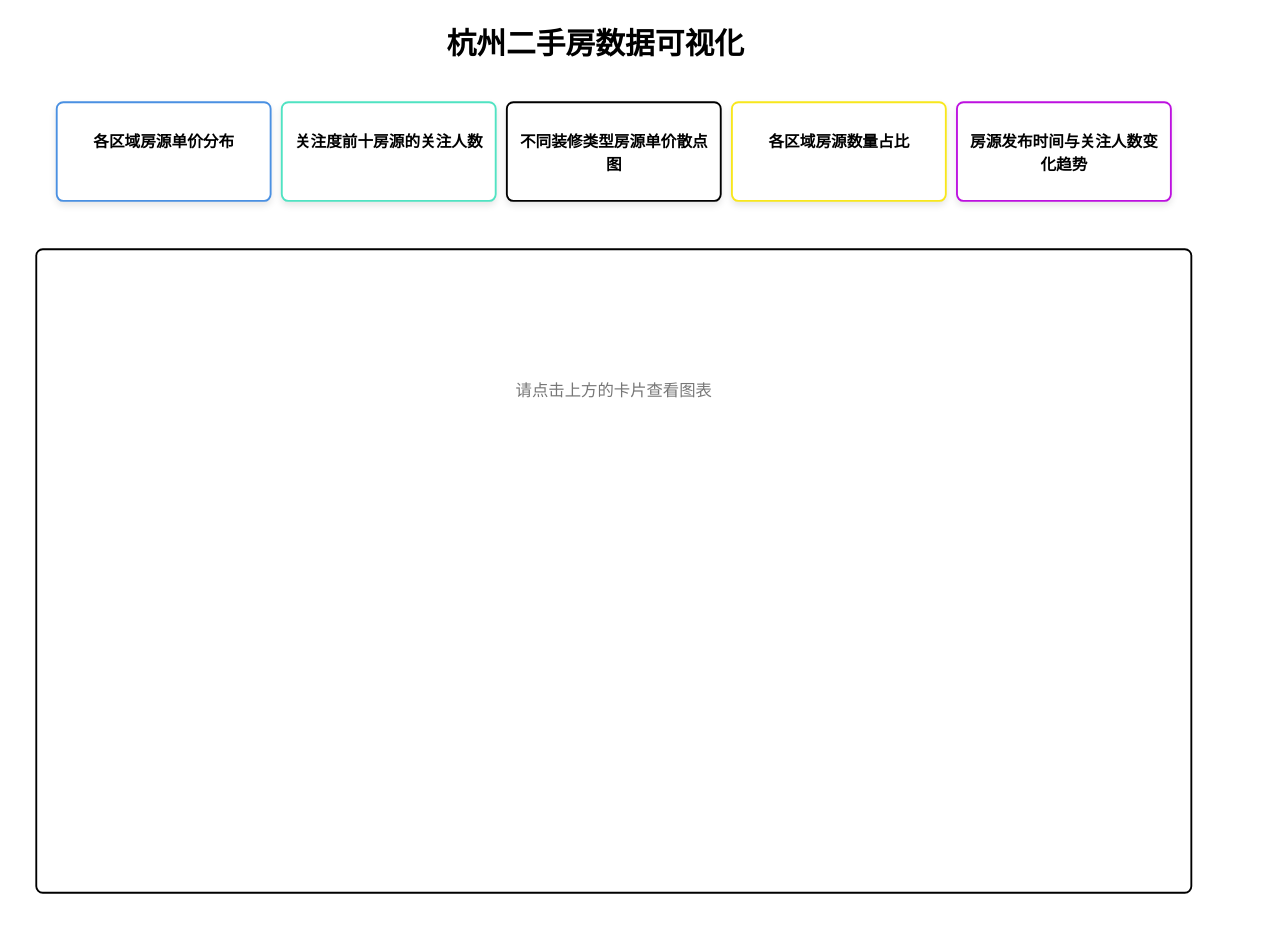
Repository: sakimi-9/DPV-SHP_HangZhou
Page: / (app in rendering/)
An editor plug-in stored every save of this project. The page is shown before and after the next save, followed by the edit.
The browser window is 1280 px wide. The page is 1312 px wide, then 1382 px, so the pictures cover 1382 px, including what lies to the right of the window. The pictures show the whole page, at 93% of full size.
The project was rebuilt for these pictures with package versions that can differ from the ones it lists, and the page was loaded fresh each time. Also part of the build but not shown: rendering/vite.config.ts.

Above is the page before, as saved 2025-05-29 11:32:30.

### rendering/index.html
<!DOCTYPE html>
<html lang="en">

<head>
    <meta charset="UTF-8">
    <link rel="icon" href="/favicon.ico">
    <meta name="viewport" content="width=device-width, initial-scale=1.0">
    <title>二手房数据可视化</title>
</head>

<body>
    <div id="app"></div>
    <script type="module" src="/src/main.ts"></script>
</body>

</html>

### rendering/src/App.vue
<template>
  <div>
    <h1 style="text-align: center;">杭州二手房数据可视化</h1>

    <!-- 模式切换 UI -->


    <!-- 2D 图表区域 -->
    <HouseCharts v-if="currentMode === '2D'" :house-data="houseData" />

  </div>
</template>

<script setup lang="ts">
import { ref, onMounted } from 'vue';

// 导入新组件
import HouseCharts from './components/HouseCharts.vue';

// 导入数据解析器
import { ParsedHouse, parseHouseData } from '../util/dataParser';

// Define a ref to store the parsed data
const houseData = ref<ParsedHouse[] | null>(null);

// 定义当前模式状态
const currentMode = ref<'2D'>('2D'); // Only 2D mode is available now

// 定义控制数据分析部分显示的状态变量
const showAnalysis = ref(false);

// 切换数据分析部分显示状态的函数
const toggleAnalysis = () => {
  showAnalysis.value = !showAnalysis.value;
};

// 数据加载逻辑 (修改：先加载经纬度，再加载房源数据)
onMounted(async () => {
  try {
    const response = await fetch('/house_data.json');
    if (!response.ok) {
      throw new Error(`HTTP error! status: ${response.status}`);
    }
    const rawHouseData = await response.json();
    // 解析房源数据时传入经纬度 Map
    houseData.value = parseHouseData(rawHouseData);

    console.log('解析后的数据并存储:', houseData.value);

  } catch (error) {
    console.error('Error loading or processing data:', error);
  }
});

// 显式导出响应式变量 (可能有助于类型检查)
// export { houseData, currentMode };

</script>

<style scoped>
/* Add any specific styles for the 3D visualization container if needed */
/* Only retain App.vue's own styles */
div {
  margin-bottom: 20px;
}

button {
  margin-right: 10px;
}

/* Add styles for the data analysis container */
.data-analysis-container {
  border: 1px solid #ccc;
  /* Add a border */
  padding: 20px;
  /* Add padding inside the box */
  margin-top: 20px;
  /* Add some space above the box */
  background-color: #f9f9f9;
  /* Add a light background color */
  border-radius: 8px;
  /* Rounded corners */
}

.data-analysis-container h2,
.data-analysis-container h3 {
  text-align: center;
  /* Center the titles within the box */
  color: #333;
  /* Darker color for titles */
  margin-bottom: 15px;
  /* Add space below titles */
}

.data-analysis-container h4 {
  margin-top: 15px;
  /* Space above h4 */
  margin-bottom: 10px;
  /* Space below h4 */
  color: #555;
  /* Slightly lighter color for h4 */
}

.data-analysis-container p {
  line-height: 1.6;
  /* Improve readability with more line spacing */
  color: #555;
  /* Slightly lighter color for text */
  margin-bottom: 10px;
  /* Adjust space between paragraphs */
}

.data-analysis-container ul {
  margin-bottom: 15px;
  /* Space below lists */
  padding-left: 20px;
  /* Indent list items */
}

.data-analysis-container ul li {
  margin-bottom: 5px;
  /* Space between list items */
  line-height: 1.5;
  /* Line spacing for list items */
  color: #555;
}


.data-analysis-container p strong {
  color: #000;
  /* Make strong text black */
}

/* Remove styles migrated to TwoDCharts.vue */
/* Keep only App.vue specific styles */

/* Example styles for layout if needed, adjust based on your structure */
/*
.container {
    max-width: 960px;
    margin: 0 auto;
    padding: 20px;
}
*/

/* Add styles for the analysis button */
.analysis-button {
  position: fixed;
  /* Fixed position relative to the viewport */
  bottom: 20px;
  /* 20px from the bottom */
  right: 20px;
  /* 20px from the right */
  z-index: 1000;
  /* Ensure it's above other content */
  padding: 10px 20px;
  font-size: 16px;
  background-color: #007bff;
  color: white;
  border: none;
  border-radius: 5px;
  cursor: pointer;
  box-shadow: 0 2px 5px rgba(0, 0, 0, 0.2);
}

.analysis-button:hover {
  background-color: #0056b3;
}
</style>

### rendering/src/components/HouseCharts.vue
<template>
    <div class="charts-container">
        <!-- Main Title - Centered in App.vue -->

        <!-- Chart Cards Grid -->
        <div class="charts-grid">
            <div v-for="(chart, index) in charts" :key="index" class="chart-card"
                :style="{ 'border-color': getCardColor(index) }" @click="selectChart(index)">
                <h3>{{ chart.title }}</h3>
            </div>
        </div>

        <!-- Chart Display Area (Black Box) -->
        <div class="chart-display-area">
            <div v-if="selectedChartIndex !== null && currentChart" class="selected-chart-content">
                <h3>{{ currentChart.title }}</h3>
                <!-- Chart rendering area - always in DOM, content controlled by JS -->
                <div ref="selectedChartDisplayRef" style="width: 100%; height: 600px;"></div>
            </div>
            <div v-else class="placeholder-message">
                <p>请点击上方的卡片查看图表</p>
            </div>
        </div>

    </div>
</template>

<script setup lang="ts">
import { ref, onMounted, watch, computed, nextTick } from 'vue';
import * as echarts from 'echarts/core';
// Import the necessary components and charts
import { BarChart, PieChart, ScatterChart, BoxplotChart, LineChart } from 'echarts/charts';
import { GridComponent, TooltipComponent, LegendComponent, TitleComponent } from 'echarts/components';
import { CanvasRenderer } from 'echarts/renderers';

// Import data parsing functions
import {
    getAreaPriceBoxPlotData,
    getTop10FollowedHousesData,
    getRenovationPriceScatterData,
    getAreaHouseCountPieData,
    getPublishTimeFollowersTrendData
} from '../../util/chartDataParser';

echarts.use([
    BarChart,
    PieChart,
    ScatterChart,
    BoxplotChart,
    LineChart,
    GridComponent,
    TooltipComponent,
    LegendComponent,
    TitleComponent,
    CanvasRenderer,
]);

// 定义解析后的房源数据接口 (Copy from dataParser.ts for self-containment)
interface ParsedHouse {
    房源标题: string;
    室: number | null;
    厅: number | null;
    面积: number | null; // 平米
    朝向: string | null;
    装修: string | null;
    楼层信息: string | null; // 例如 "中楼层"
    总楼层: number | null;
    建筑年份: number | null; // 例如 2012
    建筑类型: string | null; // 例如 "板塔结合"
    小区名称: string | null;
    所在区域: string | null; // 例如 "临河里"
    单价: number | null; // 元/平
    关注人数: number | null;
    发布时间: string | null; // 例如 "2个月以前发布"
    标签: string[];
}

// 定义接收的 props
const props = defineProps<{ houseData: ParsedHouse[] | null }>();

// Define ref for the selected chart display area
const selectedChartDisplayRef = ref<HTMLElement | null>(null);

// Define the current chart index
const selectedChartIndex = ref<number | null>(null);

// Computed property for the current chart information
const currentChart = computed(() => {
    if (selectedChartIndex.value === null) return null;
    return charts[selectedChartIndex.value];
});

// Function to select a chart
const selectChart = (index: number) => {
    selectedChartIndex.value = index;
    console.log("Selected chart index:", selectedChartIndex.value);
};

// Function to dispose of a chart instance
const disposeChart = (chartElement: HTMLElement) => {
    const chartInstance = echarts.getInstanceByDom(chartElement);
    if (chartInstance) {
        chartInstance.dispose();
    }
};

// Function to render the selected chart
const renderSelectedChart = (
    chartInfo: { title: string, render: (element: HTMLElement, data: ParsedHouse[]) => void } | null,
    data: ParsedHouse[] | null
) => {
    // Dispose of any previously rendered chart in the display area
    if (selectedChartDisplayRef.value) {
        console.log("Disposing previous chart.");

        disposeChart(selectedChartDisplayRef.value);
        selectedChartDisplayRef.value.innerHTML = ''; // Clear previous chart content
    }

    if (!chartInfo || selectedChartIndex.value === null || !data || data.length === 0) {
        console.warn("No chart selected, no data, or chart info not ready.");
        // The placeholder is now controlled by v-else in the template
        console.log("Render conditions not met.", "Index:", selectedChartIndex.value, "Data present:", !!data, "Data length:", data ? data.length : 0);
        return;
    }

    const chartElement = selectedChartDisplayRef.value; // Get the display area element

    if (!chartElement) {
        console.warn("Chart display element is not available.");
        console.log("Render conditions not met.", "Index:", selectedChartIndex.value, "Data present:", !!props.houseData, "Data length:", props.houseData ? props.houseData.length : 0, "Element available:", !!chartElement);

        return; // Exit if the element is null
    }

    // Directly get chart info based on selected index
    if (chartElement && chartInfo) {
        // Render the current chart
        console.log(`Attempting to render chart: ${chartInfo.title}`);
        try {
            chartInfo.render(chartElement, data); // Pass the display area element to the render function
            console.log(`Successfully called render function for: ${chartInfo.title}`);
        } catch (error) {
            console.error(`Error rendering chart ${chartInfo.title}:`, error);
            chartElement.innerHTML = '<p>图表加载失败</p>';
            console.log(`Caught error during render for: ${chartInfo.title}`);
        }
    }
};

// Watch for changes in houseData or selectedChartIndex to determine if a chart *should* be rendered
watch([() => props.houseData, selectedChartIndex], ([newData, newIndex]) => {
    // If conditions are met (data and index valid), render the chart.
    // Note: We don't await nextTick here directly for ref availability.
    // The rendering will happen when selectedChartDisplayRef becomes available.
    if (newIndex !== null && newData && newData.length > 0 && currentChart.value) {
        // We don't call renderSelectedChart here directly, it's triggered by the ref watcher
        // For debugging: Check ref value after a short delay
        console.log("Data and Index valid, waiting for ref..."); // Add this line
        setTimeout(() => {
            console.log("Checking selectedChartDisplayRef after timeout:", !!selectedChartDisplayRef.value); // Add this line
            if (!selectedChartDisplayRef.value) {
                console.warn("selectedChartDisplayRef is still null after timeout."); // Add this line
            }
        }, 100); // Wait 100ms

    } else {
        // If conditions are not met, dispose the current chart
        if (selectedChartDisplayRef.value) {
            console.log("Conditions not met, disposing chart."); // Add this line
            disposeChart(selectedChartDisplayRef.value);
            selectedChartDisplayRef.value.innerHTML = ''; // Clear previous chart content
        } else {
            console.log("Conditions not met, no chart element to dispose."); // Add this line
        }
    }
}, { immediate: true }); // Ensure initial check

// Watch for the selectedChartDisplayRef to become available and render the chart
watch(selectedChartDisplayRef, async (newChartElement) => {
    await nextTick();
    console.log("selectedChartDisplayRef changed. New element:", !!newChartElement); // Add this line
    console.log("Checking render conditions in ref watcher:", "Element available:", !!newChartElement, "Index:", selectedChartIndex.value, "Data valid:", !!props.houseData && props.houseData.length > 0, "currentChart valid:", !!currentChart.value); // Add this line for debugging conditions
    if (newChartElement && selectedChartIndex.value !== null && props.houseData && props.houseData.length > 0 && currentChart.value) {
        // Now that the element is available and other conditions are met, render the chart
        renderSelectedChart(currentChart.value, props.houseData); // Call render with current chart info and data
    }
});

// Function to get a color for the card based on index
const getCardColor = (index: number) => {
    const colors = ['#4A90E2', '#50E3C2', 'F5A623', '#F8E71C', '#BD10E0']; // Example colors - removed duplicate definition
    return colors[index % colors.length];
};

// --- Chart Render Functions ---

// 1. 各区域房源单价分布对比箱线图
function renderAreaPriceBoxPlot(chartElement: HTMLElement, data: ParsedHouse[]) {
    const chartData = getAreaPriceBoxPlotData(data);

    if (chartData.length === 0) {
        echarts.dispose(chartElement);
        chartElement.innerHTML = '<p>暂无区域单价分布数据</p>';
        return;
    }

    const areas = chartData.map(item => item.area);
    const prices = chartData.map(item => item.prices);

    const myChart = echarts.init(chartElement);
    console.log("ECharts instance initialized for:", "各区域房源单价分布");
    const option = {
        title: {
            text: '各区域房源单价分布',
            left: 'center'
        },
        tooltip: {
            trigger: 'item',
            axisPointer: { type: 'shadow' }
        },
        xAxis: {
            type: 'category',
            data: areas,
            boundaryGap: true,
            nameMap: areas,
            axisLabel: {
                interval: 0,
                rotate: 30,
                overflow: 'breakAll',
                ellipsis: '...'
            }
        },
        yAxis: {
            type: 'value',
            name: '单价 (元/平)'
        },
        series: [
            {
                name: '单价分布',
                type: 'boxplot',
                data: prices,
                tooltip: {
                    formatter: function (param: any) { // Keep any type for simplicity
                        if (param.data) {
                            return [
                                `区域: ${param.name}<br/>`,
                                `最大值: ${param.data[5].toFixed(2)}<br/>`,
                                `第三四分位数: ${param.data[4].toFixed(2)}<br/>`,
                                `中位数: ${param.data[3].toFixed(2)}<br/>`,
                                `第一四分位数: ${param.data[2].toFixed(2)}<br/>`,
                                `最小值: ${param.data[1].toFixed(2)}`
                            ].join('');
                        }
                        return '';
                    }
                }
            }
        ]
    };
    console.log("Setting option for:", "各区域房源单价分布", option);
    myChart.setOption(option);
}

// 2. 关注度前十房源的关注人数柱状图
function renderTop10FollowersBar(chartElement: HTMLElement, data: ParsedHouse[]) {
    const chartData = getTop10FollowedHousesData(data);

    if (chartData.length === 0) {
        echarts.dispose(chartElement);
        chartElement.innerHTML = '<p>暂无关注度前十房源数据</p>';
        return;
    }

    const titles = chartData.map(item => item.title);
    const followers = chartData.map(item => item.followers);

    const myChart = echarts.init(chartElement);
    console.log("ECharts instance initialized for:", "关注度前十房源的关注人数");
    const option = {
        title: {
            text: '关注度前十房源的关注人数',
            left: 'center'
        },
        tooltip: {},
        xAxis: {
            type: 'category',
            data: titles,
            axisLabel: {
                interval: 0,
                rotate: 30,
                overflow: 'breakAll',
                ellipsis: '...'
            }
        },
        yAxis: {
            type: 'value',
            name: '关注人数'
        },
        series: [
            {
                name: '关注人数',
                type: 'bar',
                data: followers
            }
        ]
    };
    console.log("Setting option for:", "关注度前十房源的关注人数", option);
    myChart.setOption(option);
}

// 3. 不同装修类型房源单价散点图
function renderRenovationPriceScatter(chartElement: HTMLElement, data: ParsedHouse[]) {
    const chartData = getRenovationPriceScatterData(data);

    if (chartData.length === 0) {
        echarts.dispose(chartElement);
        chartElement.innerHTML = '<p>暂无装修类型与单价数据</p>';
        return;
    }

    const scatterData = chartData.map((item: { renovation: string, price: number }) => [item.price, item.renovation]); // Explicitly type item

    // Get unique renovation types for y-axis categories
    const renovationTypes = Array.from(new Set(chartData.map((item: { renovation: string, price: number }) => item.renovation))) as string[]; // Explicitly type item and result

    const myChart = echarts.init(chartElement);
    console.log("ECharts instance initialized for:", "不同装修类型房源单价散点图");
    const option = {
        title: {
            text: '不同装修类型房源单价散点图',
            left: 'center'
        },
        tooltip: {
            trigger: 'axis',
            axisPointer: { type: 'shadow' },
            formatter: function (params: any) { // Keep any type for simplicity
                const item = params[0];
                return `装修: ${item.value[1]}<br/>单价: ${item.value[0].toFixed(2)} 元/平`;
            }
        },
        xAxis: {
            type: 'value',
            name: '单价 (元/平)'
        },
        yAxis: {
            type: 'category',
            data: renovationTypes,
            name: '装修类型'
        },
        series: [
            {
                name: '房源',
                type: 'scatter',
                data: scatterData
            }
        ]
    };
    console.log("Setting option for:", "不同装修类型房源单价散点图", option);
    myChart.setOption(option);
}

// 4. 各区域房源数量占比饼图
function renderAreaCountPie(chartElement: HTMLElement, data: ParsedHouse[]) {
    const chartData = getAreaHouseCountPieData(data);

    if (chartData.length === 0) {
        echarts.dispose(chartElement);
        chartElement.innerHTML = '<p>暂无区域房源数量数据</p>';
        return;
    }

    const pieData = chartData.map((item: { area: string, count: number }) => ({
        name: item.area,
        value: item.count
    })); // Explicitly type item

    const myChart = echarts.init(chartElement);
    console.log("ECharts instance initialized for:", "各区域房源数量占比");
    const option = {
        title: {
            text: '各区域房源数量占比',
            left: 'center'
        },
        tooltip: {
            trigger: 'item',
            formatter: '{a} <br/>{b}: {c} ({d}%)'
        },
        legend: {
            orient: 'vertical',
            left: 'left',
            data: chartData.map((item: { area: string, count: number }) => item.area) // Explicitly type item
        },
        series: [
            {
                name: '房源数量',
                type: 'pie',
                radius: '50%',
                data: pieData,
                emphasis: {
                    itemStyle: {
                        shadowBlur: 10,
                        shadowOffsetX: 0,
                        shadowColor: 'rgba(0, 0, 0, 0.5)'
                    }
                }
            }
        ]
    };
    console.log("Setting option for:", "各区域房源数量占比", option);
    myChart.setOption(option);
}

// 5. 房源发布时间与关注人数变化趋势折线图
function renderPublishTimeFollowersLine(chartElement: HTMLElement, data: ParsedHouse[]) {
    const chartData = getPublishTimeFollowersTrendData(data);

    if (chartData.length === 0) {
        echarts.dispose(chartElement);
        chartElement.innerHTML = '<p>暂无发布时间与关注人数趋势数据</p>';
        return;
    }

    const times = chartData.map((item: { time: string, totalFollowers: number }) => item.time); // Explicitly type item
    const totalFollowers = chartData.map((item: { time: string, totalFollowers: number }) => item.totalFollowers); // Explicitly type item

    const myChart = echarts.init(chartElement);
    console.log("ECharts instance initialized for:", "房源发布时间与关注人数变化趋势");
    const option = {
        title: {
            text: '房源发布时间与关注人数变化趋势',
            left: 'center'
        },
        tooltip: {
            trigger: 'axis'
        },
        xAxis: {
            type: 'category',
            data: times,
            axisLabel: {
                interval: 0,
                rotate: 30,
                overflow: 'breakAll',
                ellipsis: '...'
            }
        },
        yAxis: {
            type: 'value',
            name: '总关注人数'
        },
        series: [
            {
                name: '总关注人数',
                type: 'line',
                data: totalFollowers
            }
        ]
    };
    console.log("Setting option for:", "房源发布时间与关注人数变化趋势", option);
    myChart.setOption(option);
}

// Define the list of charts with their titles and render functions
const charts = [
    { title: '各区域房源单价分布', render: renderAreaPriceBoxPlot },
    { title: '关注度前十房源的关注人数', render: renderTop10FollowersBar },
    { title: '不同装修类型房源单价散点图', render: renderRenovationPriceScatter },
    { title: '各区域房源数量占比', render: renderAreaCountPie },
    { title: '房源发布时间与关注人数变化趋势', render: renderPublishTimeFollowersLine },
];

// Initial render logic (optional, handled by watch with immediate: true)
/*
onMounted(() => {
    renderSelectedChart(props.houseData);
});
*/

</script>

<style scoped>
.charts-container {
    display: flex;
    flex-direction: column;
    gap: 30px;
    /* Increased gap */
    align-items: center;
    margin-top: 20px;
    /* Adjusted top margin */
    padding: 20px;
    width: 100%;
    /* Ensure container takes full width */
}

.charts-grid {
    display: grid;
    grid-template-columns: repeat(5, 1fr);
    /* Changed to 5 equal columns */
    gap: 10px;
    /* Reduced gap to make cards smaller */
    width: 100%;
    max-width: 1200px;
    /* Keep max width */
    justify-content: center;
}

.chart-card {
    background-color: #fff;
    border: 2px solid;
    /* Use border-color from style binding */
    border-radius: 8px;
    padding: 10px;
    /* Reduced padding */
    text-align: center;
    cursor: pointer;
    box-shadow: 0 4px 8px rgba(0, 0, 0, 0.1);
    transition: transform 0.3s ease, box-shadow 0.3s ease;
    font-size: 0.9em;
    /* Slightly reduced font size */
}

.chart-card:hover {
    transform: translateY(-5px);
    box-shadow: 0 6px 12px rgba(0, 0, 0, 0.15);
}

.chart-display-area {
    margin-top: 20px;
    /* Space above the display area */
    border: 2px solid black;
    /* Black border */
    border-radius: 8px;
    padding: 20px;
    width: 95%;
    max-width: 1400px;
    display: flex;
    flex-direction: column;
    align-items: center;
    min-height: 650px;
    /* Ensure a minimum height for the box */
}

.chart-display-area h3 {
    margin-top: 0;
    margin-bottom: 10px;
}

.chart-display-area>div[ref] {
    width: 100%;
    height: 600px;
    /* Fixed height for the chart */
}

.placeholder-message {
    text-align: center;
    color: #777;
    font-size: 1.1em;
    margin-top: 100px;
    /* Center message vertically */
}

/* Removed carousel related styles */
</style>

Loaded but not shown: rendering/src/main.ts (common file); rendering/public/house_data.json (1034 lines, source omitted); rendering/util/dataParser.ts (112 lines, source omitted); rendering/util/chartDataParser.ts (107 lines, source omitted)

After the next save:
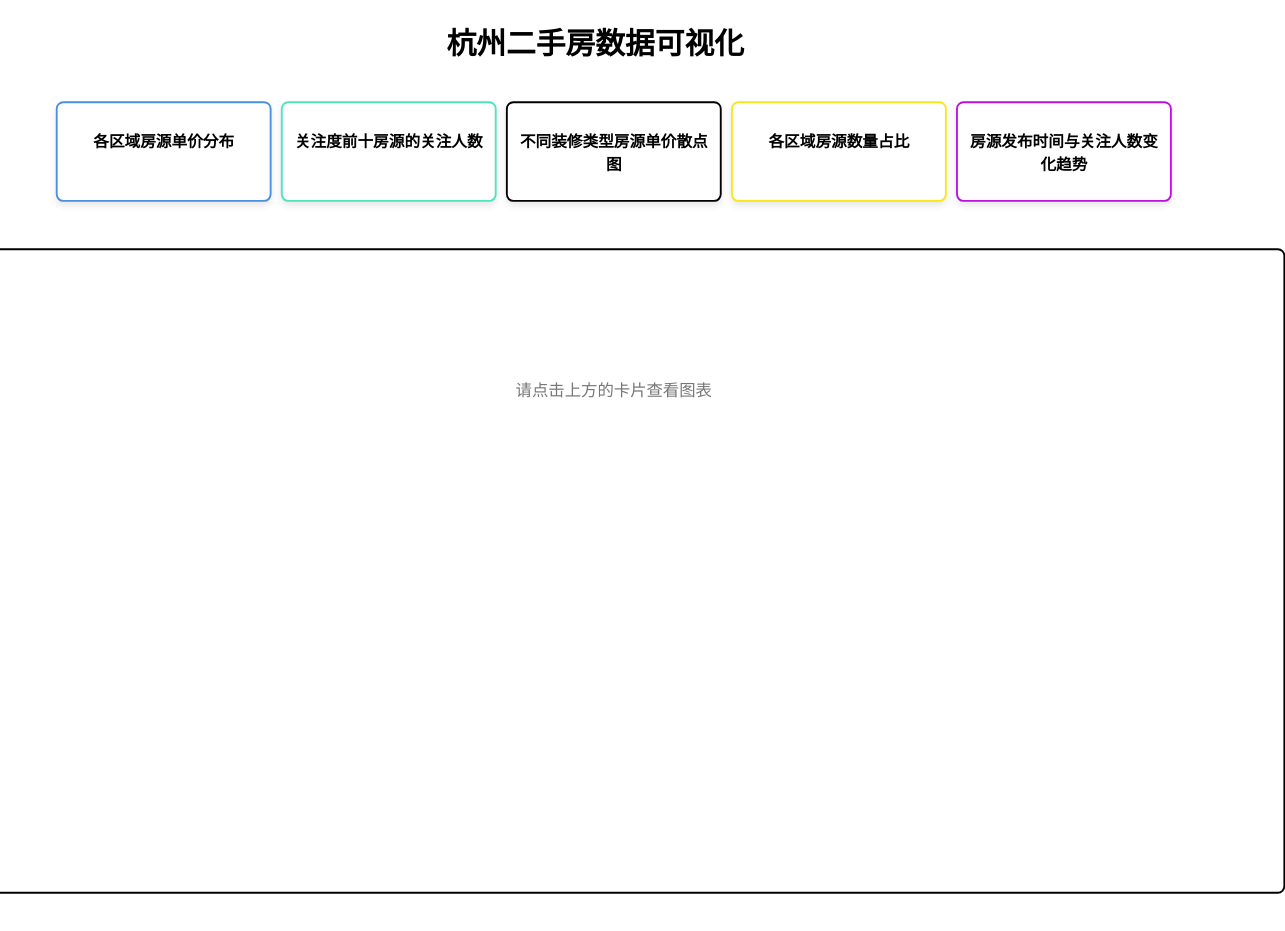
Saved 4 min 47 s later.
--- a/rendering/src/components/HouseCharts.vue
+++ b/rendering/src/components/HouseCharts.vue
@@ -531,7 +531,8 @@ onMounted(() => {
     /* Black border */
     border-radius: 8px;
     padding: 20px;
-    width: 95%;
+    width: 120%;
+    height: 600px;
     max-width: 1400px;
     display: flex;
     flex-direction: column;
